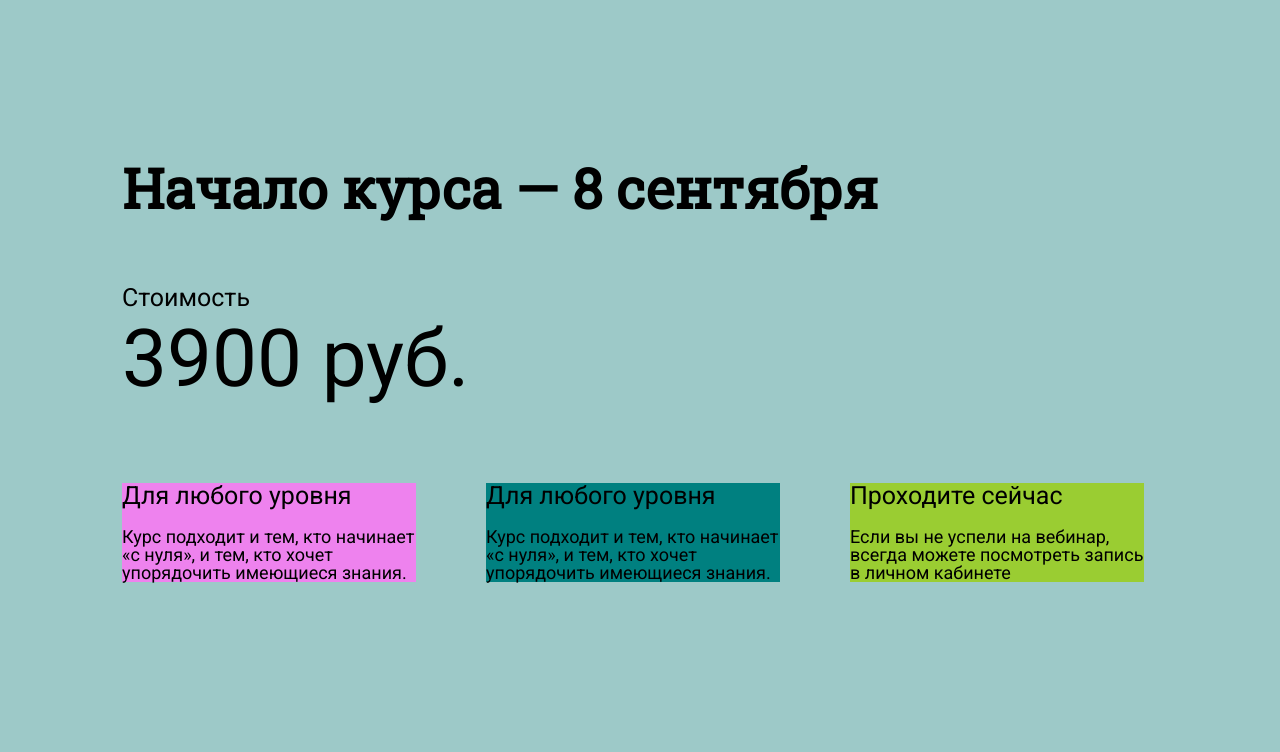
Repository: NatiqSamiyev/fiqma-task3
Page: index.html
These files come from the project's save history. The page is drawn as it stood at one moment and after the next save; the edit follows.
The browser window is 1280 px wide. The pictures show the whole page.

Above is the page before, as saved 2023-08-09 13:33:50.

### index.html
<!DOCTYPE html>
<html lang="en">
  <head>
    <meta charset="UTF-8" />
    <meta name="viewport" content="width=device-width, initial-scale=1.0" />
    <link rel="stylesheet" href="index.css" />
    <title>Document</title>
  </head>
  <body>
    <div class="container">
      <h1>Начало курса — 8 сентября</h1>
      <h2>Стоимость</h2>
      <h3>3900 руб.</h3>
      <ul>
        <li class="list-2 blue-list red">
          <h4>Для любого уровня</h4>
          <p>
            Курс подходит и тем, кто начинает «с нуля», и тем, кто хочет
            упорядочить имеющиеся знания.
          </p>
        </li>
        <li>
          <h4>Для любого уровня</h4>
          <p>
            Курс подходит и тем, кто начинает «с нуля», и тем, кто хочет
            упорядочить имеющиеся знания.
          </p>
        </li>

        <li >
          <h4>Проходите сейчас</h4>
          <p>
            Если вы не успели на вебинар, всегда можете посмотреть запись в
            личном кабинете
          </p>
        </li>
      </ul>

    </div>
  </body>
</html>

### index.css
@import url("https://fonts.googleapis.com/css2?family=Roboto+Slab&family=Roboto:wght@400;700&display=swap");
* {
  margin: 0;
  padding: 0;
  box-sizing: border-box;
}

.container {
  width: 100%;
  min-height: 100vh;
  padding: 160px 0 170px 122px;
  background: #9dc9c8;
}

.container h1 {
  margin-bottom: 69px;
  color: #000;
  font-family: Roboto Slab;
  font-size: 55px;
  font-style: normal;
  font-weight: 700;
  line-height: 101.385%;
}

.container h2 {
  margin-bottom: 9px;
  color: #000;
  font-family: Roboto;
  font-size: 25px;
  font-style: normal;
  font-weight: 400;
  line-height: 101.385%;
}

.container h3 {
  color: #000;
  font-family: Roboto;
  font-size: 80px;
  font-style: normal;
  font-weight: 400;
  line-height: 101.385%;
}

.container ul {
  margin-top: 83px;
  display: flex;
}

.container ul li {
  list-style-type: none;
  margin-right: 70px;
  width: 294px;
}

.container h4 {
  margin-bottom: 20px;
  color: #000;
  font-family: Roboto;
  font-size: 25px;
  font-style: normal;
  font-weight: 400;
  line-height: 101.385%;
}

.container p {
  color: #000;
  font-family: Roboto;
  font-size: 18px;
  font-style: normal;
  font-weight: 400;
  line-height: 101.385%;
}
li:last-child {
  background-color: yellowgreen;
}
li:first-child {
  background-color: violet;
}
li:nth-child(2) {
  background-color: teal;
}

After the next save:
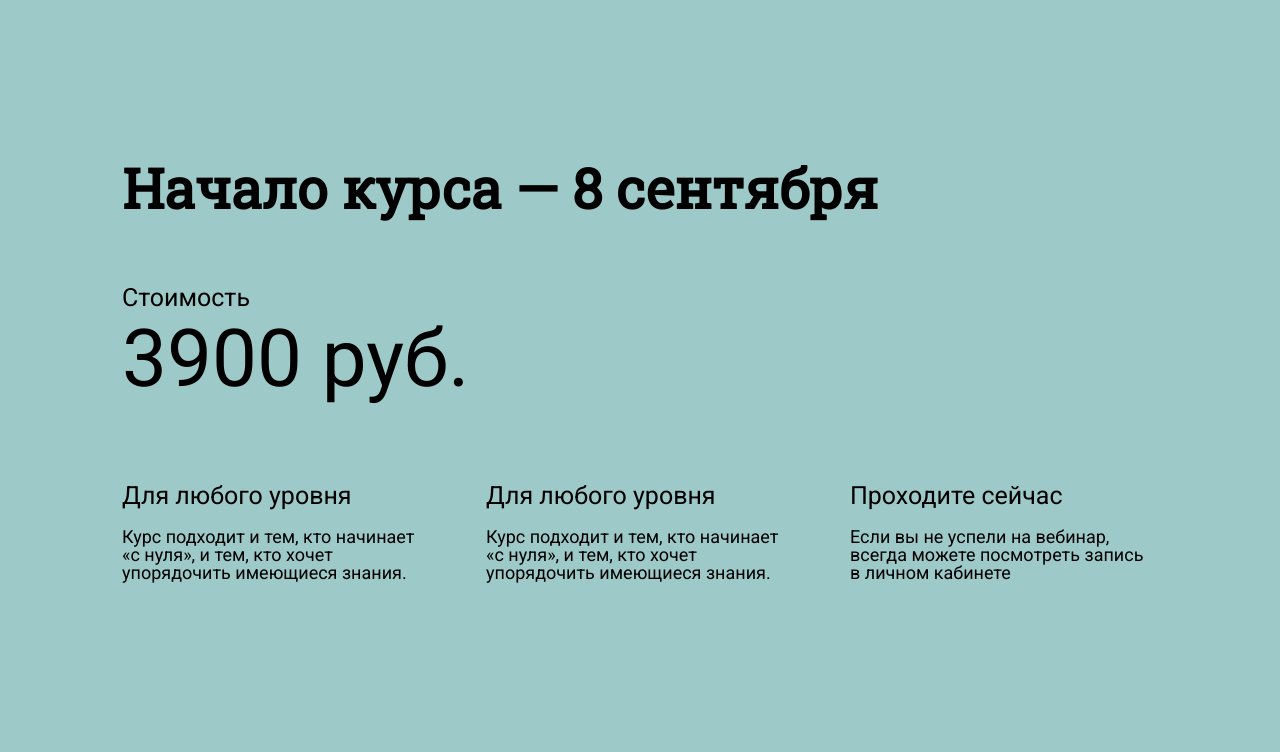
Saved 29 s later.
--- a/index.css
+++ b/index.css
@@ -70,7 +70,7 @@
   font-weight: 400;
   line-height: 101.385%;
 }
-li:last-child {
+/* li:last-child {
   background-color: yellowgreen;
 }
 li:first-child {
@@ -78,4 +78,4 @@ li:first-child {
 }
 li:nth-child(2) {
   background-color: teal;
-}
+} */
